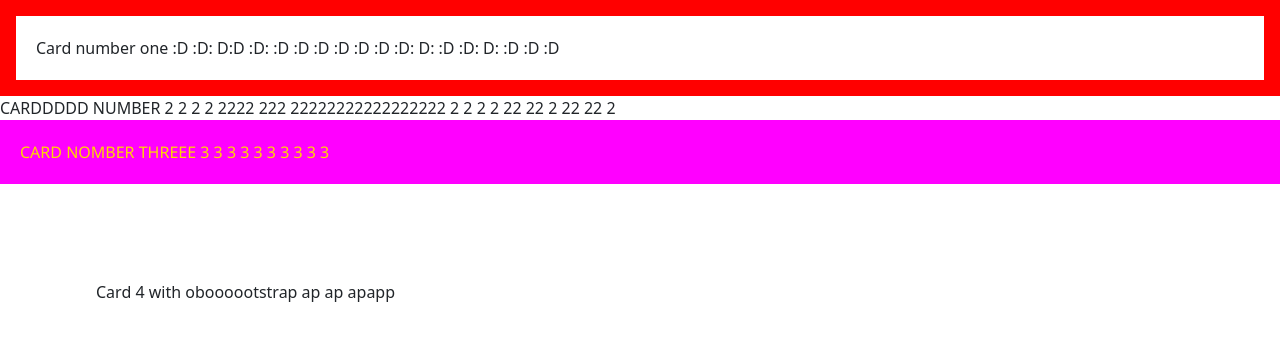
Repository: FbW-E01/spa-react-stylish-cards-gronger
Page: / (app in react-stuff/)
These files come from the project's save history. The page is drawn as it stood at one moment and after the next save; the edit follows.
The browser window is 1280 px wide. The pictures show the whole page.
The project was rebuilt for these pictures with package versions that can differ from the ones it lists, and the page was loaded fresh each time.

Above is the page before, as saved 2021-07-14 13:57:32.

After the next save:
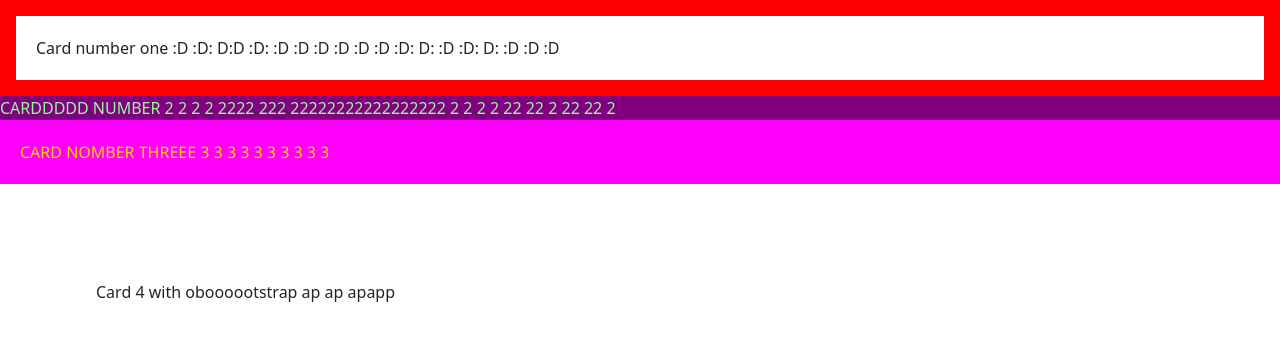
Saved 34 s later.
--- a/react-stuff/src/main.scss
+++ b/react-stuff/src/main.scss
@@ -6,4 +6,8 @@
         margin: auto;
         padding: 20px;
     }
+    .purpleClass {
+        color: palegreen;
+        background-color: purple;
+    }
 }
